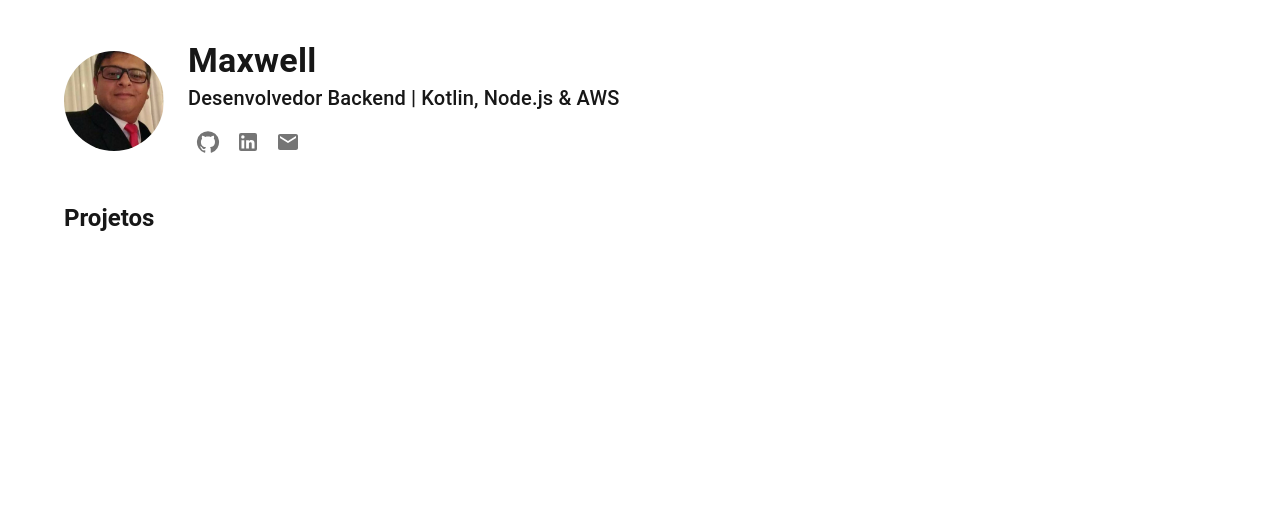
Repository: maxwelllbarboza/pagina-pessoal
Page: /
An editor plug-in stored every save of this project. The page is shown before and after the next save, followed by the edit.
The browser window is 1280 px wide. The pictures show the whole page.
The project was rebuilt for these pictures with package versions that can differ from the ones it lists, and the page was loaded fresh each time. The framework's server and built-in components were replaced by stand-ins that run in the browser. Also part of the build but not shown: next.config.mjs, next.config.ts.

Above is the page before, as saved 2025-02-27 08:42:33.

After the next save:
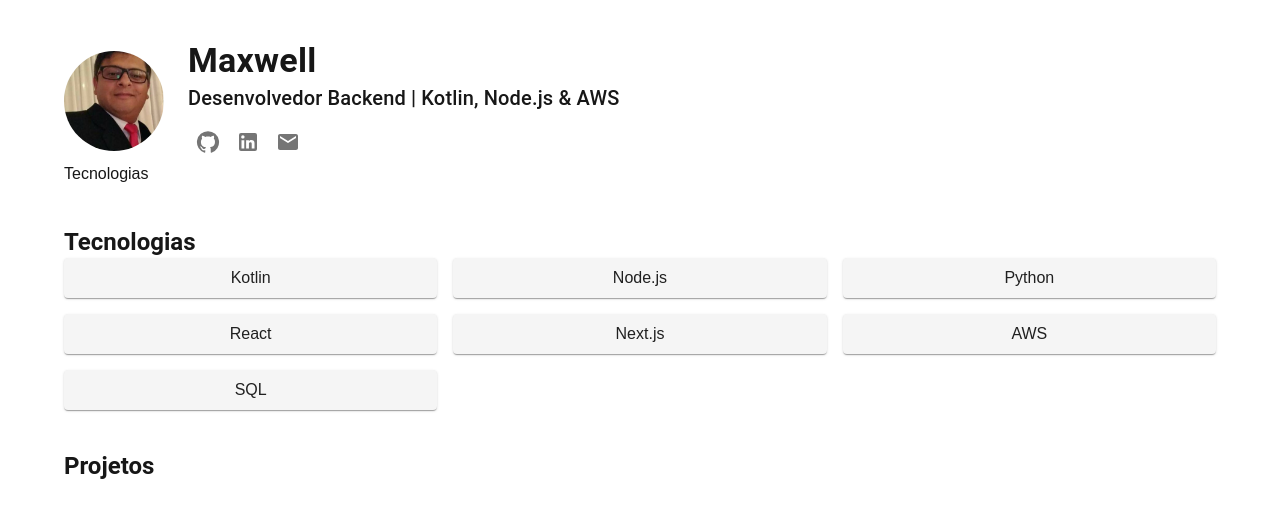
Saved 20 s later.
--- a/src/app/page.tsx
+++ b/src/app/page.tsx
@@ -29,7 +29,7 @@ export default function Home() {
       </Box>
     </Box>
 
-    {/* Tecnologias
+    Tecnologias
     <Typography variant="h5" mt={5} fontWeight="bold">Tecnologias</Typography>
 
     <Grid container spacing={{ xs: 2}} columns={{ xs: 4, sm: 8, md: 12 }} >
@@ -42,7 +42,7 @@ export default function Home() {
           </motion.div>
         </Grid>
       ))}
-    </Grid> */}
+    </Grid>
 
     {/* Projetos */}
     <Typography variant="h5" mt={5} fontWeight="bold">Projetos</Typography>
